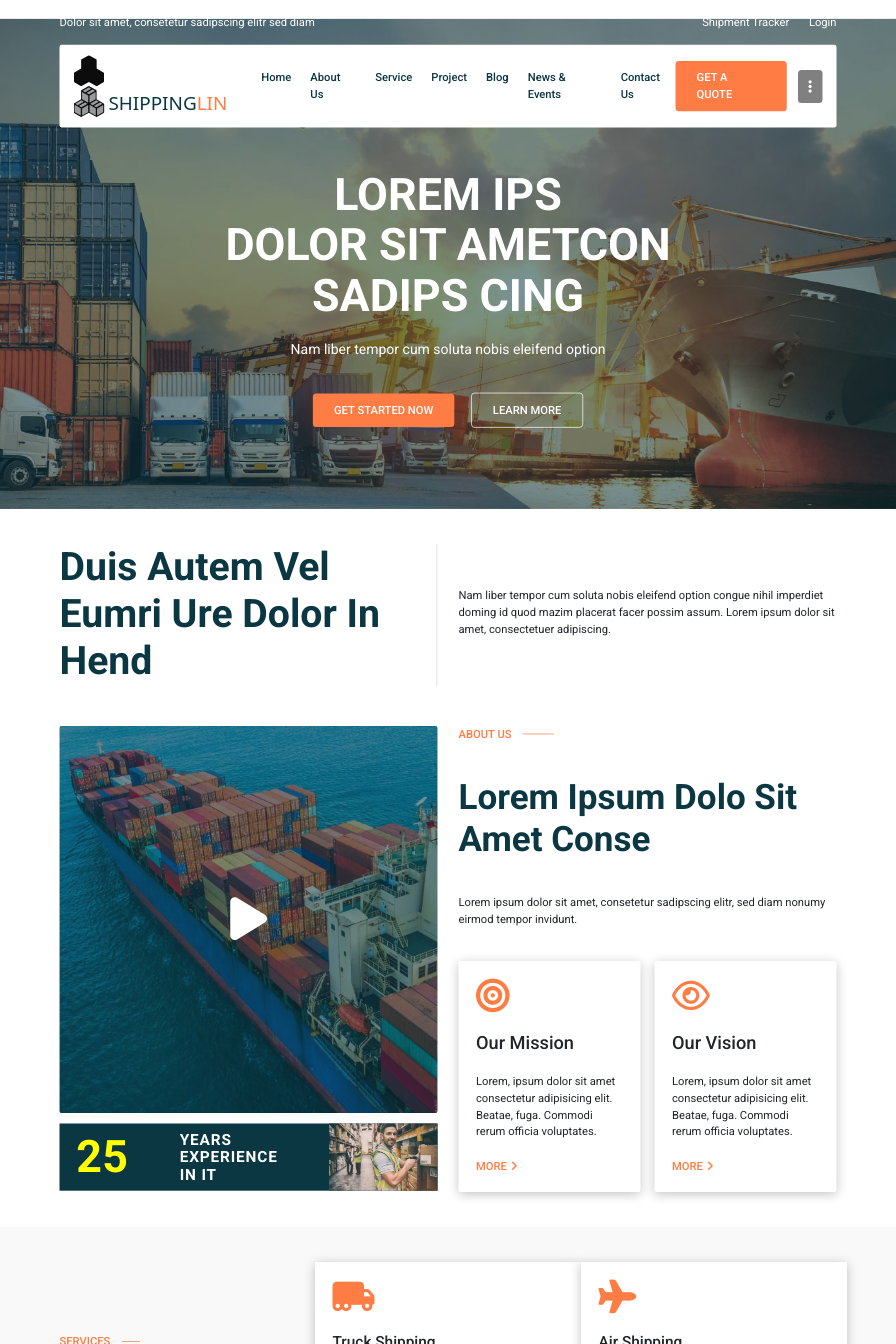
Repository: nazmulalok/shipping-theme
Page: index.html
The author's editor kept a copy of each file at every save. The page is drawn from the files as they stood at one save, then again after the next save.
The browser window is 1280 px wide. The pictures show the part of the page from y = 0 to 1920 px (the page is 3247 px tall before and 3207 px after), at 70% of full size.
Some web libraries are served in a nearby version.

Above is the page before, as saved 2022-10-08 23:36:18.

### index.html
<!DOCTYPE html>
<html lang="en">

    <head>
        <meta charset="UTF-8">
        <meta http-equiv="X-UA-Compatible" content="IE=edge">
        <meta name="viewport" content="width=device-width, initial-scale=1.0">
        <link rel="preconnect" href="https://fonts.googleapis.com">
        <link rel="preconnect" href="https://fonts.gstatic.com" crossorigin>
        <link
            href="https://fonts.googleapis.com/css2?family=Roboto:ital,wght@0,300;0,400;0,500;0,700;0,900;1,300;1,400;1,500;1,700;1,900&display=swap"
            rel="stylesheet">
        <link rel="stylesheet" href="https://cdnjs.cloudflare.com/ajax/libs/font-awesome/6.2.0/css/all.min.css"
            integrity="sha512-xh6O/CkQoPOWDdYTDqeRdPCVd1SpvCA9XXcUnZS2FmJNp1coAFzvtCN9BmamE+4aHK8yyUHUSCcJHgXloTyT2A=="
            crossorigin="anonymous" referrerpolicy="no-referrer" />
        <link rel="stylesheet" href="https://cdn.jsdelivr.net/npm/bootstrap@4.0.0/dist/css/bootstrap.min.css"
            integrity="sha384-Gn5384xqQ1aoWXA+058RXPxPg6fy4IWvTNh0E263XmFcJlSAwiGgFAW/dAiS6JXm" crossorigin="anonymous">
        <link rel="stylesheet" href="style.css">
        <title>Document</title>
    </head>

    <body>
        <header class="header-top">
            <div class="container">
                <div class="top-bar">
                    <p class="m-0">Dolor sit amet, consetetur sadipscing elitr sed diam</p>
                    <div>
                        <span class="mr-4">Shipment Tracker</span>
                        <span>Login</span>
                    </div>
                </div>
                <div class="header-area">
                    <div class="logo">
                        <img src="images/box.svg" alt="Logo Box" class="me-2">
                        <img src="images/shipping-logo.svg" alt="Shipping Logo">
                    </div>
                    <nav>
                        <ul>
                            <li><a href="#">Home</a></li>
                            <li><a href="#">About Us</a></li>
                            <li><a href="#">Service</a></li>
                            <li><a href="#">Project</a></li>
                            <li><a href="#">Blog</a></li>
                            <li><a href="#">News & Events</a></li>
                            <li><a href="#">Contact Us</a></li>
                        </ul>
                    </nav>
                    <div class="nav-btn">
                        <a class="common-btn mr-3" href="#">Get A Quote</a>
                        <i class="fa-solid fa-ellipsis-vertical"></i>
                    </div>
                </div>
            </div>
        </header>
        <!-- Slider -->
        <section>
            <div class="main-slider">
                <div class="container">
                    <div class="slide-content">
                        <div class="slide-text">
                            <div class="slider-title mb-4">Lorem ips<br>
                                dolor sit ametcon<br>
                                sadips cing</div>
                            <p>Nam liber tempor cum soluta nobis eleifend option</p>
                            <div class="sliderBtn mt-5"><a class="common-btn mr-4" href="#">Get Started Now</a><a
                                    class="common-btn outline-btn" href="#">Learn More</a></div>
                        </div>
                    </div>
                </div>
            </div>
        </section>
        <!-- Slider Ends -->
        <div class="common-sec">
            <div class="container">
                <div class="row align-items-center mb-5">
                    <div class="col-lg-6">
                        <h1 class="border-heading">Duis Autem Vel Eumri
                            Ure Dolor In Hend</h1>
                    </div>
                    <div class="col-lg-6">
                        <p class="ms-4">Nam liber tempor cum soluta nobis eleifend option congue nihil imperdiet doming
                            id quod mazim
                            placerat facer possim assum. Lorem ipsum dolor sit amet, consectetuer adipiscing.</p>
                    </div>
                </div>
                <div class="row mt-5">
                    <div class="col-lg-6">
                        <div class="video-box img-box img-shadow">
                            <img src="images/ship-products.jpg" alt="Ship Products" />
                            <a data-fancybox="" href="" class="video-btn">
                                <i class="fa fa-play"></i>
                            </a>
                        </div>
                        <div class="exp-section">
                            <div class="exp-title ml-4">
                                25
                            </div>
                            <div class="exp-paragraph">
                                Years <br>Experience <br>In It
                            </div>
                            <img src="images/exp-bg.png" alt="Experience">
                        </div>
                    </div>
                    <div class="col-lg-6">
                        <span class="sp-title">About Us</span>
                        <h2 class="mb-5">Lorem Ipsum Dolo
                            Sit Amet Conse</h2>
                        <p class="mb-5">Lorem ipsum dolor sit amet, consetetur sadipscing elitr, sed diam nonumy eirmod
                            tempor
                            invidunt.</p>
                        <div class="boxes">
                            <div class="common-box">
                                <div class="content">
                                    <i class="fa-solid fa-bullseye mb-4"></i>
                                    <div class="box-title mb-4">
                                        Our Mission
                                    </div>
                                    <p class="mb-4">Lorem, ipsum dolor sit amet consectetur adipisicing elit. Beatae,
                                        fuga. Commodi
                                        rerum
                                        officia voluptates.</p>
                                    <a href="#" class="more-btn">More</a>
                                </div>
                            </div>
                            <div class="common-box">
                                <div class="content">
                                    <i class="fa-regular fa-eye mb-4"></i>
                                    <div class="box-title mb-4">
                                        Our Vision
                                    </div>
                                    <p class="mb-4">Lorem, ipsum dolor sit amet consectetur adipisicing elit. Beatae,
                                        fuga. Commodi
                                        rerum
                                        officia voluptates.</p>
                                    <a href="#" class="more-btn">More</a>
                                </div>
                            </div>
                        </div>
                    </div>
                </div>
            </div>
        </div>
        <div class="common-sec service-sec">
            <div class="container">
                <div class="row align-items-center">
                    <div class="col-lg-4">
                        <span class="sp-title">Services</span>
                        <h2 class="mb-5">Our Services</h2>
                        <p class="mb-5">Nam liber tempor cum soluta nobis leifend option congue nihil imperdiet doming
                            iduod mazim placerat facer possim assum. orem ipsum dolor sit amet, consectetuer ipiscing
                            elit, sed diam nonummy nibh.</p>
                        <a href="#" class="common-btn">More Services</a>
                    </div>
                    <div class="col-lg-8">
                        <div class="row">
                            <div class="col-lg-6 p-0">
                                <div class="common-box">
                                    <div class="content">
                                        <i class="fa-solid fa-truck-moving mb-4"></i>
                                        <div class="box-title mb-4">
                                            Truck Shipping
                                        </div>
                                        <p class="mb-4">Lorem ipsum dolor sit amet, consetetur sadipscing elitr, sed
                                            diam nonumy eirmod tempor invidunt.</p>
                                        <a href="#" class="more-btn">More</a>
                                    </div>
                                </div>
                            </div>
                            <div class="col-lg-6 p-0">
                                <div class="common-box">
                                    <div class="content">
                                        <i class="fa-solid fa-plane mb-4"></i>
                                        <div class="box-title mb-4">
                                            Air Shipping
                                        </div>
                                        <p class="mb-4">Lorem ipsum dolor sit amet, consetetur sadipscing elitr, sed
                                            diam nonumy eirmod tempor invidunt.</p>
                                        <a href="#" class="more-btn">More</a>
                                    </div>
                                </div>
                            </div>
                            <div class="col-lg-6 p-0">
                                <div class="common-box">
                                    <div class="content">
                                        <i class="fa-solid fa-train-subway mb-4"></i>
                                        <div class="box-title mb-4">
                                            Railway Shipping
                                        </div>
                                        <p class="mb-4">Lorem, ipsum dolor sit amet consectetur adipisicing elit.
                                            Beatae,
                                            fuga. Commodi
                                            rerum
                                            officia voluptates.</p>
                                        <a href="#" class="more-btn">More</a>
                                    </div>
                                </div>
                            </div>
                            <div class="col-lg-6 p-0">
                                <div class="common-box">
                                    <div class="content">
                                        <i class="fa-solid fa-ship mb-4"></i>
                                        <div class="box-title mb-4">
                                            Ocean Shipping
                                        </div>
                                        <p class="mb-4">Lorem, ipsum dolor sit amet consectetur adipisicing elit.
                                            Beatae,
                                            fuga. Commodi
                                            rerum
                                            officia voluptates.</p>
                                        <a href="#" class="more-btn">More</a>
                                    </div>
                                </div>
                            </div>
                        </div>
                    </div>
                </div>
            </div>
        </div>
        <div class="common-sec why-choose-sec">
            <div class="container">
                <div class="row align-items-center">
                    <div class="col-lg-6">
                        <span class="sp-title">Why Choose Us</span>
                        <h3 class="mb-5">What Makes Us <br>
                            Different?</h3>
                        <div class="why-choose-box">
                            <div class="common-box d-flex align-items-center mb-4">
                                <div class="img-box mr-4">
                                    <img src="images/satisfied-customers.png" alt="Satisfied Customers">
                                </div>
                                <div>
                                    <div class="box-title mb-2">
                                        100% Satisfied Customers
                                    </div>
                                    <p>Nam liber tempor cum soluta nobis leifend option congue nihil imperdiet
                                        doming iduod mazim.</p>
                                </div>
                            </div>
                            <div class="common-box d-flex align-items-center mb-4">
                                <div class="img-box mr-4">
                                    <img src="images/quality-services.png" alt="Quality Services">
                                </div>
                                <div>
                                    <div class="box-title mb-2">
                                        Quality Service Affordable Price
                                    </div>
                                    <p>Nam liber tempor cum soluta nobis leifend option congue nihil imperdiet
                                        doming iduod mazim.</p>
                                </div>
                            </div>
                            <div class="common-box d-flex align-items-center mb-4">
                                <div class="img-box mr-4">
                                    <img src="images/worldwide-locations.png" alt="Worldwide Locations">
                                </div>
                                <div>
                                    <div class="box-title mb-2">
                                        Worldwide Locations
                                    </div>
                                    <p>Tempor cum soluta nobis leifend option congue ihilperdi.</p>
                                </div>
                            </div>
                        </div>
                    </div>
                    <div class="col-lg-6">
                        <div class="img-box">
                            <img src="images/why-choose-shipping.png" alt="Why Choose Shipping">
                        </div>
                    </div>
                </div>
            </div>
        </div>














        <script src="https://code.jquery.com/jquery-3.2.1.slim.min.js"
            integrity="sha384-KJ3o2DKtIkvYIK3UENzmM7KCkRr/rE9/Qpg6aAZGJwFDMVNA/GpGFF93hXpG5KkN"
            crossorigin="anonymous"></script>
        <script src="https://cdn.jsdelivr.net/npm/popper.js@1.12.9/dist/umd/popper.min.js"
            integrity="sha384-ApNbgh9B+Y1QKtv3Rn7W3mgPxhU9K/ScQsAP7hUibX39j7fakFPskvXusvfa0b4Q"
            crossorigin="anonymous"></script>
        <script src="https://cdn.jsdelivr.net/npm/bootstrap@4.0.0/dist/js/bootstrap.min.js"
            integrity="sha384-JZR6Spejh4U02d8jOt6vLEHfe/JQGiRRSQQxSfFWpi1MquVdAyjUar5+76PVCmYl"
            crossorigin="anonymous"></script>
    </body>

</html>

### style.css
/* Common CSS Starts*/
*,
*::before,
*::after {
    box-sizing: border-box;
    margin: 0;
    padding: 0;
}

html {
    scroll-behavior: smooth;
}

:root {
    --main-color: #FF7D44;
    --secondary-color: #0B3742;
    --tertiary-color: #FFFFFF;
}

body {
    font-family: 'Roboto', sans-serif;
}

a.white-space {
    white-space: nowrap;
}

/* Common CSS Ends */

/* slider style starts */

.main-slider>* {
    z-index: 10;
}

.main-slider {
    background: url(images/shipping-banner.jpg);
    height: 700px;
    width: 100%;
    background-size: cover;
    background-repeat: no-repeat;
    background-position: center;
    position: relative;
    display: flex;
    align-items: center;
    transition: all 1s;
    margin-top: -155px;
    z-index: 50;
}

.main-slider:before {
    content: '';
    width: 100%;
    height: 100%;
    top: 0;
    left: 0;
    position: absolute;
    background-color: rgb(11 55 66 / 55%);
    z-index: 1;
}

.slide-content {
    text-align: center;
}

.slide-text {
    color: var(--tertiary-color);
    padding-top: 100px;
}

.slider-title {
    font-size: 4rem;
    font-weight: 600;
    line-height: 4.5rem;
    text-transform: uppercase;
}

.slide-text p {
    font-size: 20px;
}

a.common-btn {
    display: inline-block;
    text-decoration: none;
    color: var(--tertiary-color);
    background: var(--main-color);
    padding: 12px 30px;
    border-radius: 5px;
    font-size: 16px;
    font-weight: 500;
    text-transform: uppercase;
    transition: all 1s ease;
}

a.common-btn:hover {
    background: var(--tertiary-color);
    color: var(--secondary-color);
}

a.common-btn.outline-btn {
    background: transparent !important;
    border: 1px solid var(--tertiary-color);
}

a.common-btn.outline-btn:hover {
    background: var(--tertiary-color) !important;
}

/* Header style starts */

.header-top {
    z-index: 100;
    background: transparent;
    position: relative;
}

.top-bar,
.header-area {
    display: flex;
    justify-content: space-between;
    align-items: center;
    color: var(--tertiary-color);
}

.top-bar {
    padding: 20px 0px;
}

.header-area {
    background: var(--tertiary-color);
    padding: 15px 20px;
    border-radius: 3px;
}

nav ul {
    list-style-type: none;
    color: var(--secondary-color);
    display: flex;
    gap: 1.7rem;
    margin: 0;
}

nav ul a {
    color: var(--secondary-color);
    text-decoration: none;
    font-size: 16px;
    font-weight: 500;
    transition: all 0.5s;
}

nav ul a:hover {
    color: var(--main-color);
    transition: all 0.5s;
}

.nav-btn {
    align-items: center;
    display: flex;
}

.nav-btn i {
    color: var(--tertiary-color);
    font-size: 21px;
    background: gray;
    padding: 13px 15px;
    border-radius: 5px;
}

/* Headings Styles */

h1 {
    font-size: 56px;
}

h2 {
    font-size: 50px;
}

h3 {
    font-size: 44px;
}

h4 {
    font-size: 38px;
}

h5 {
    font-size: 32px;
}

h6 {
    font-size: 26px;
}

h1,
h2,
h3,
h4,
h5,
h6 {
    font-weight: 700;
    margin-bottom: 10px;
    color: var(--secondary-color);
}

/* Section Styles */

.py-50,
.common-sec {
    padding-top: 50px;
    padding-bottom: 50px;
}

.common-sec {
    position: relative;
    z-index: 0;
    overflow: hidden;
}

.common-sec:nth-child(even):before {
    content: "";
    position: absolute;
    width: 1000%;
    height: 100%;
    top: 50%;
    left: 50%;
    transform: translate(-50%, -50%);
    background-color: #f9f9f9;
    border-bottom: 1px solid #f6f6f6;
    z-index: -1;
}

/* Image box style */

.img-box {
    border-radius: 3px;
    transition: 0.5s;
    margin-bottom: 15px;
    text-align: center;
    position: relative;
}

.img-box img {
    border-radius: 3px;
}

.img-box:last-child {
    margin-bottom: 0;
}

figure.img-box img+figcaption {
    margin-top: 10px;
    text-align: left;
    padding: 10px;
    border-radius: 3px;
    box-shadow: -5px 5px 20px 0 rgb(0 0 0 / 5%);
}

.img-box.img-shadow:before {
    content: '';
    width: 100%;
    height: 100%;
    position: absolute;
    top: 0;
    left: 0;
    background-color: rgb(11 55 66 / 55%);
    border-radius: 3px;
}

/* Video Box */

.video-box {
    position: relative;
}

.video-box img {
    border-radius: 3px;
    width: 100%;
}

.video-btn {
    position: absolute;
    text-align: center;
    color: var(--tertiary-color);
    font-size: 30px;
    border: none;
    left: 50%;
    top: 50%;
    -webkit-transform: translate(-50%, -50%);
    transform: translate(-50%, -50%);
    display: flex;
    justify-content: center;
    align-items: center;
    text-decoration: none !important;
    box-shadow: none;
    transition: 0.5s;
}

.video-btn .fa-play {
    color: var(--tertiary-color);
    position: relative;
    z-index: 99;
    -webkit-transition: color 0.5s;
    transition: 0.5s;
    text-decoration: none;
    line-height: 80px;
    font-size: 70px;
}

.video-btn:hover {
    color: inherit;
}

.video-btn:hover .fa-play {
    color: var(--main-color);
}

.video-btn:before,
.video-btn:after {
    display: none;
}

/* Common Box Styles */

.common-box {
    box-shadow: rgb(0 0 0 / 24%) 0px 3px 15px;
    height: 100%;
    background-color: #fff;
    border-radius: 3px;
    transition: all 0.5s ease;
}

.common-box>.img-box {
    margin-bottom: 0;
}

.common-box .common-heading:last-child,
.common-box p:last-child,
.common-box ul:last-child,
.common-box ul:last-child li:last-child,
.common-box .img-box:last-child {
    margin-bottom: 0;
}

.common-box>.content {
    padding: 25px;
}

/* Other CSS Starts */

.border-heading {
    border-right: 2px solid #E8E8E8;
}

.sp-title {
    display: flex;
    text-transform: uppercase;
    color: var(--main-color);
    font-weight: 500;
    align-items: center;
    margin-bottom: 3rem;
}

.sp-title:after {
    content: '';
    width: 20px;
    height: 1px;
    background: var(--main-color);
    flex: 0.1;
    margin-left: 1rem;
}

.boxes {
    display: grid;
    grid-template-columns: 1fr 1fr;
    grid-gap: 20px;
}

.common-box i {
    color: var(--main-color);
    font-size: 48px;
}

.common-box .box-title {
    font-size: 26px;
    font-weight: 500;
}

.common-box:hover {
    background-color: var(--main-color);
    color: var(--tertiary-color);
    transition: all 0.5s ease;
}

.common-box:hover i {
    color: var(--tertiary-color);
    transition: all 1s ease;
}

.exp-section {
    background: var(--secondary-color);
    display: flex;
    align-items: center;
    justify-content: space-between;
}

.exp-section .exp-title {
    color: #FFFF00;
    font-size: 64px;
    font-weight: 600;
    letter-spacing: 0.5px;
}

.exp-section .exp-paragraph {
    color: var(--tertiary-color);
    font-size: 22px;
    font-weight: 600;
    line-height: normal;
    text-transform: uppercase;
    letter-spacing: 1.2px;
}

.exp-section img {
    width: 155px;
}

a.more-btn {
    display: inline-block;
    color: var(--main-color);
    font-size: 16px;
    font-weight: 500;
    text-transform: uppercase;
    text-decoration: none;
}

a.more-btn:after {
    content: '\f105';
    font-family: 'FontAwesome';
    margin-left: 5px;

}

.common-box:hover a.more-btn {
    color: var(--tertiary-color);
}

/* Service Section */

.service-sec .common-box {
    border-radius: 0px;
}

.service-sec .common-box .box-title {
    font-size: 22px;
    font-weight: 500;
}

/* Why Choose Section */

.why-choose-box .common-box {
    box-shadow: none;
    border-radius: 0px;
    transition: all 0.5s ease;
}

.why-choose-box .common-box:hover {
    background-color: var(--tertiary-color);
    color: #000;
    transition: all 0.5s ease;
}

.why-choose-box .common-box .box-title {
    color: var(--main-color);
    font-size: 22px;
    font-weight: 500;
    text-transform: uppercase;
}

After the next save:
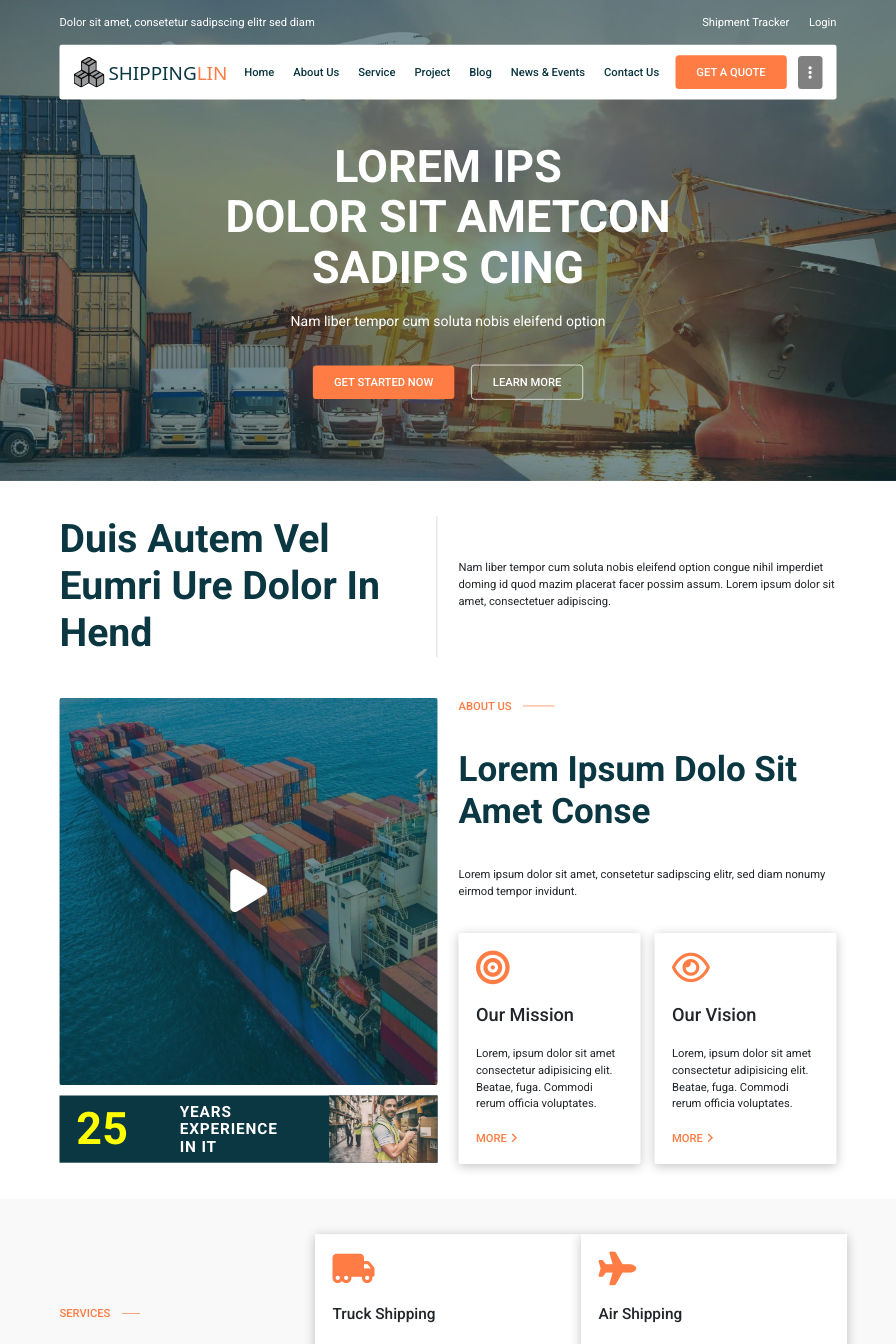
Saved 6 min 14 s later.
--- a/index.html
+++ b/index.html
@@ -31,7 +31,6 @@
                 </div>
                 <div class="header-area">
                     <div class="logo">
-                        <img src="images/box.svg" alt="Logo Box" class="me-2">
                         <img src="images/shipping-logo.svg" alt="Shipping Logo">
                     </div>
                     <nav>
